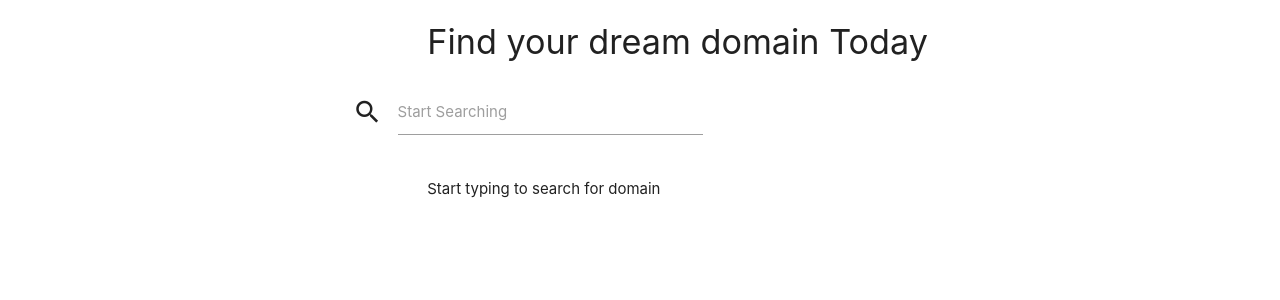
Repository: habib-urrehmaan/domain-name-searcher
Page: / (app in client/)
An editor plug-in stored every save of this project. The page is shown before and after the next save, followed by the edit.
The browser window is 1280 px wide. The pictures show the whole page.
The project was rebuilt for these pictures with package versions that can differ from the ones it lists, and the page was loaded fresh each time.

Above is the page before, as saved 2020-04-17 18:18:23.

After the next save:
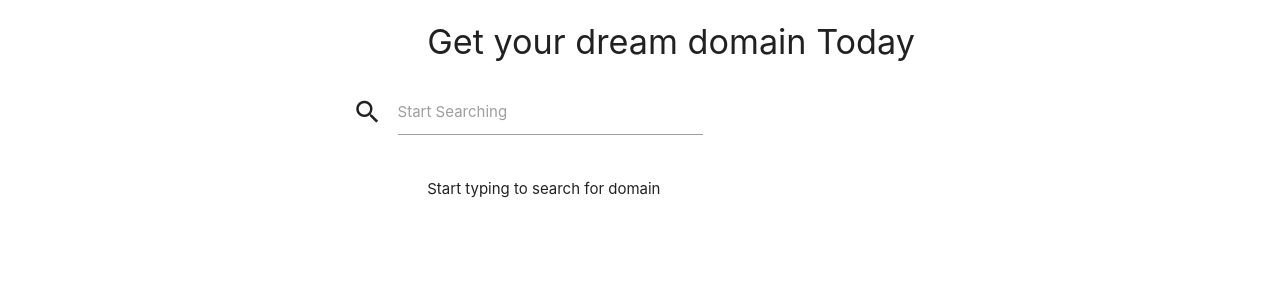
Saved 6 s later.
--- a/client/src/Search.js
+++ b/client/src/Search.js
@@ -29,7 +29,7 @@ class Search extends Component {
             <div>
                 <div className="row">
                     <div className="col offset-s3">
-                        <h4>Find your dream domain Today</h4>
+                        <h4>Get your dream domain Today</h4>
                     </div>
                     <div className="input-field col s5 offset-s2">
                         <i className="material-icons prefix">search</i>
